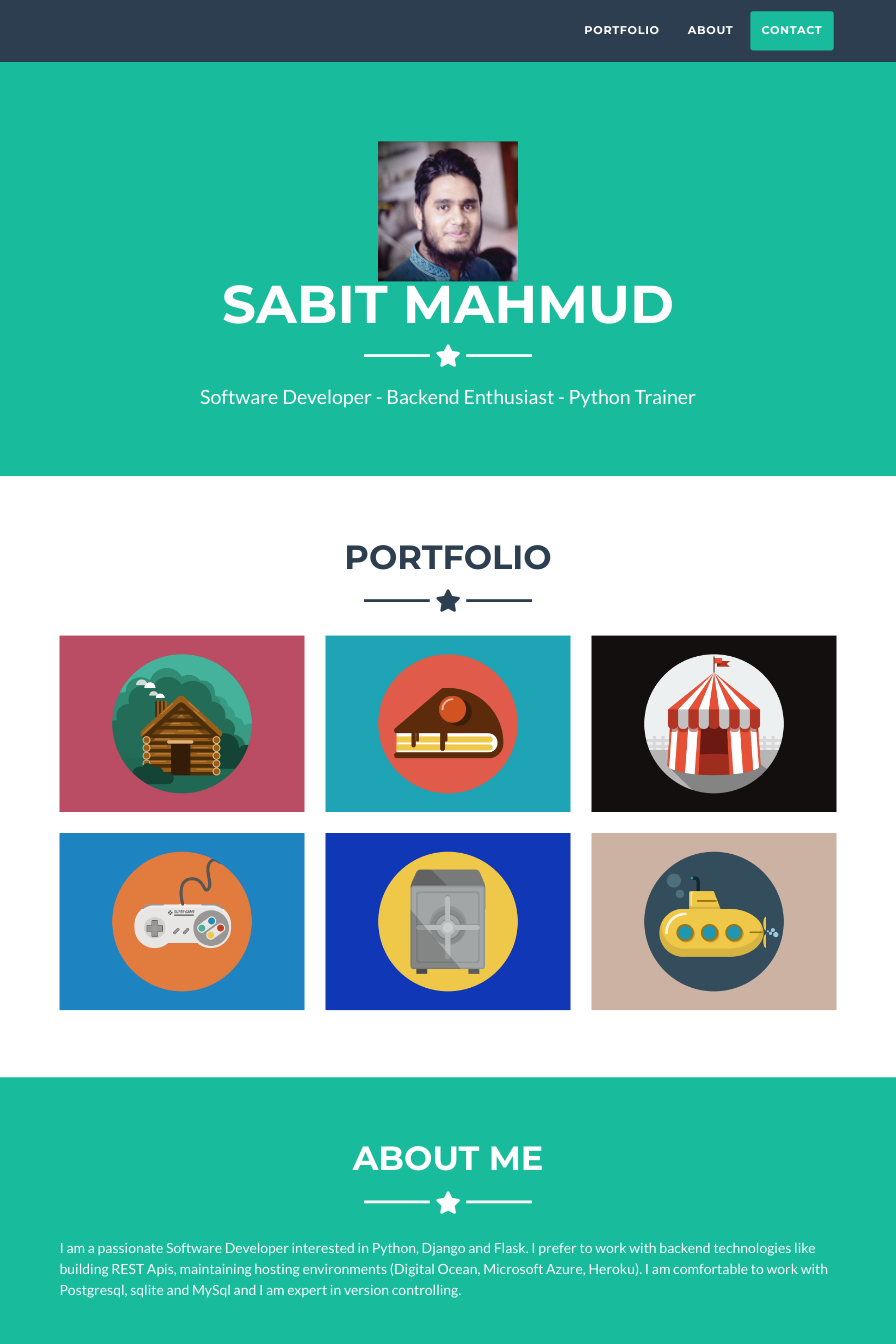
Repository: SabitDeepto/portfolio
Page: index.html
These files come from the project's save history. The page is drawn as it stood at one moment and after the next save; the edit follows.
The browser window is 1280 px wide. The pictures show the part of the page from y = 0 to 1920 px (the page is 3312 px tall), at 70% of full size.

Above is the page before, as saved 2019-04-04 23:48:36.

### index.html
<!DOCTYPE html>
<html lang="en">

<head>

  <meta charset="utf-8">
  <meta name="viewport" content="width=device-width, initial-scale=1, shrink-to-fit=no">
  <meta name="description" content="">
  <meta name="author" content="">

  <title>Sabit Mahmud</title>

  <!-- Bootstrap core CSS -->
  <link href="vendor/bootstrap/css/bootstrap.min.css" rel="stylesheet">

  <!-- Custom fonts for this template -->
  <link href="vendor/fontawesome-free/css/all.min.css" rel="stylesheet" type="text/css">
  <link href="https://fonts.googleapis.com/css?family=Montserrat:400,700" rel="stylesheet" type="text/css">
  <link href="https://fonts.googleapis.com/css?family=Lato:400,700,400italic,700italic" rel="stylesheet" type="text/css">

  <!-- Plugin CSS -->
  <link href="vendor/magnific-popup/magnific-popup.css" rel="stylesheet" type="text/css">

  <!-- Custom styles for this template -->
  <link href="css/freelancer.min.css" rel="stylesheet">

</head>

<body id="page-top">

  <!-- Navigation -->
  <nav class="navbar navbar-expand-lg bg-secondary fixed-top text-uppercase" id="mainNav">
    <div class="container">
      <!-- <a class="navbar-brand js-scroll-trigger" href="#page-top">Sabit Mahmud</a> -->
      <button class="navbar-toggler navbar-toggler-right text-uppercase bg-primary text-white rounded" type="button" data-toggle="collapse" data-target="#navbarResponsive" aria-controls="navbarResponsive" aria-expanded="false" aria-label="Toggle navigation">
        Menu
        <i class="fas fa-bars"></i>
      </button>
      <div class="collapse navbar-collapse" id="navbarResponsive">
        <ul class="navbar-nav ml-auto">
          <li class="nav-item mx-0 mx-lg-1">
            <a class="nav-link py-3 px-0 px-lg-3 rounded js-scroll-trigger" href="#portfolio">Portfolio</a>
          </li>
          <li class="nav-item mx-0 mx-lg-1">
            <a class="nav-link py-3 px-0 px-lg-3 rounded js-scroll-trigger" href="#about">About</a>
          </li>
          <li class="nav-item mx-0 mx-lg-1">
            <a class="nav-link py-3 px-0 px-lg-3 rounded js-scroll-trigger" href="#contact">Contact</a>
          </li>
        </ul>
      </div>
    </div>
  </nav>

  <!-- Header -->
  <header class="masthead bg-primary text-white text-center">
    <div class="container">
      <img  src="img/pro.JPG" height="200px" width="200px">
      <h1 class="text-uppercase mb-0">Sabit Mahmud</h1>
      <hr class="star-light">
      <h2 class="font-weight-light mb-0">Software Developer - Backend Enthusiast - Python Trainer</h2>
    </div>
  </header>

  <!-- Portfolio Grid Section -->
  <section class="portfolio" id="portfolio">
    <div class="container">
      <h2 class="text-center text-uppercase text-secondary mb-0">Portfolio</h2>
      <hr class="star-dark mb-5">
      <div class="row">
        <div class="col-md-6 col-lg-4">
          <a class="portfolio-item d-block mx-auto" href="#portfolio-modal-1">
            <div class="portfolio-item-caption d-flex position-absolute h-100 w-100">
              <div class="portfolio-item-caption-content my-auto w-100 text-center text-white">
                <i class="fas fa-search-plus fa-3x"></i>
              </div>
            </div>
            <img class="img-fluid" src="img/portfolio/cabin.png" alt="">
          </a>
        </div>
        <div class="col-md-6 col-lg-4">
          <a class="portfolio-item d-block mx-auto" href="#portfolio-modal-2">
            <div class="portfolio-item-caption d-flex position-absolute h-100 w-100">
              <div class="portfolio-item-caption-content my-auto w-100 text-center text-white">
                <i class="fas fa-search-plus fa-3x"></i>
              </div>
            </div>
            <img class="img-fluid" src="img/portfolio/cake.png" alt="">
          </a>
        </div>
        <div class="col-md-6 col-lg-4">
          <a class="portfolio-item d-block mx-auto" href="#portfolio-modal-3">
            <div class="portfolio-item-caption d-flex position-absolute h-100 w-100">
              <div class="portfolio-item-caption-content my-auto w-100 text-center text-white">
                <i class="fas fa-search-plus fa-3x"></i>
              </div>
            </div>
            <img class="img-fluid" src="img/portfolio/circus.png" alt="">
          </a>
        </div>
        <div class="col-md-6 col-lg-4">
          <a class="portfolio-item d-block mx-auto" href="#portfolio-modal-4">
            <div class="portfolio-item-caption d-flex position-absolute h-100 w-100">
              <div class="portfolio-item-caption-content my-auto w-100 text-center text-white">
                <i class="fas fa-search-plus fa-3x"></i>
              </div>
            </div>
            <img class="img-fluid" src="img/portfolio/game.png" alt="">
          </a>
        </div>
        <div class="col-md-6 col-lg-4">
          <a class="portfolio-item d-block mx-auto" href="#portfolio-modal-5">
            <div class="portfolio-item-caption d-flex position-absolute h-100 w-100">
              <div class="portfolio-item-caption-content my-auto w-100 text-center text-white">
                <i class="fas fa-search-plus fa-3x"></i>
              </div>
            </div>
            <img class="img-fluid" src="img/portfolio/safe.png" alt="">
          </a>
        </div>
        <div class="col-md-6 col-lg-4">
          <a class="portfolio-item d-block mx-auto" href="#portfolio-modal-6">
            <div class="portfolio-item-caption d-flex position-absolute h-100 w-100">
              <div class="portfolio-item-caption-content my-auto w-100 text-center text-white">
                <i class="fas fa-search-plus fa-3x"></i>
              </div>
            </div>
            <img class="img-fluid" src="img/portfolio/submarine.png" alt="">
          </a>
        </div>
      </div>
    </div>
  </section>

  <!-- About Section -->
  <section class="bg-primary text-white mb-0" id="about">
    <div class="container">
      <h2 class="text-center text-uppercase text-white">About Me</h2>
      <hr class="star-light mb-5">
      <div class="row">
        <div class="col-lg-12 ml-auto">
          <p class="lead">
            I am a passionate Software Developer interested in Python, Django and Flask.
             I prefer to work with backend technologies like building REST Apis, maintaining hosting
             environments (Digital Ocean, Microsoft Azure, Heroku).
              I am comfortable to work with Postgresql, sqlite and MySql and I am expert in version controlling.
          </p>
        </div>

      </div>
      <!-- <div class="text-center mt-4">
        <a class="btn btn-xl btn-outline-light" href="#">
          <i class="fas fa-download mr-2"></i>
          Download Now!
        </a>
      </div>
    </div> -->
  </section>

  <!-- Contact Section -->
  <section id="contact">
    <div class="container">
      <h2 class="text-center text-uppercase text-secondary mb-0">Contact Me</h2>
      <hr class="star-dark mb-5">
      <div class="row">
        <div class="col-lg-8 mx-auto">
          <!-- To configure the contact form email address, go to mail/contact_me.php and update the email address in the PHP file on line 19. -->
          <!-- The form should work on most web servers, but if the form is not working you may need to configure your web server differently. -->
          <form name="sentMessage" id="contactForm" novalidate="novalidate">
            <div class="control-group">
              <div class="form-group floating-label-form-group controls mb-0 pb-2">
                <label>Name</label>
                <input class="form-control" id="name" type="text" placeholder="Name" required="required" data-validation-required-message="Please enter your name.">
                <p class="help-block text-danger"></p>
              </div>
            </div>
            <div class="control-group">
              <div class="form-group floating-label-form-group controls mb-0 pb-2">
                <label>Email Address</label>
                <input class="form-control" id="email" type="email" placeholder="Email Address" required="required" data-validation-required-message="Please enter your email address.">
                <p class="help-block text-danger"></p>
              </div>
            </div>
            <div class="control-group">
              <div class="form-group floating-label-form-group controls mb-0 pb-2">
                <label>Phone Number</label>
                <input class="form-control" id="phone" type="tel" placeholder="Phone Number" required="required" data-validation-required-message="Please enter your phone number.">
                <p class="help-block text-danger"></p>
              </div>
            </div>
            <div class="control-group">
              <div class="form-group floating-label-form-group controls mb-0 pb-2">
                <label>Message</label>
                <textarea class="form-control" id="message" rows="5" placeholder="Message" required="required" data-validation-required-message="Please enter a message."></textarea>
                <p class="help-block text-danger"></p>
              </div>
            </div>
            <br>
            <div id="success"></div>
            <div class="form-group">
              <button type="submit" class="btn btn-primary btn-xl" id="sendMessageButton">Send</button>
            </div>
          </form>
        </div>
      </div>
    </div>
  </section>

  <!-- Footer -->
  <footer class="footer text-center">
    <div class="container">
      <div class="row">
        <div class="col-md-4 mb-5 mb-lg-0">
          <h4 class="text-uppercase mb-4">Location</h4>
          <p class="lead mb-0">2215 John Daniel Drive
            <br>Clark, MO 65243</p>
        </div>
        <div class="col-md-4 mb-5 mb-lg-0">
          <h4 class="text-uppercase mb-4">Around the Web</h4>
          <ul class="list-inline mb-0">
            <li class="list-inline-item">
              <a class="btn btn-outline-light btn-social text-center rounded-circle" href="#">
                <i class="fab fa-fw fa-facebook-f"></i>
              </a>
            </li>
            <li class="list-inline-item">
              <a class="btn btn-outline-light btn-social text-center rounded-circle" href="#">
                <i class="fab fa-fw fa-google-plus-g"></i>
              </a>
            </li>
            <li class="list-inline-item">
              <a class="btn btn-outline-light btn-social text-center rounded-circle" href="#">
                <i class="fab fa-fw fa-twitter"></i>
              </a>
            </li>
            <li class="list-inline-item">
              <a class="btn btn-outline-light btn-social text-center rounded-circle" href="#">
                <i class="fab fa-fw fa-linkedin-in"></i>
              </a>
            </li>
            <li class="list-inline-item">
              <a class="btn btn-outline-light btn-social text-center rounded-circle" href="#">
                <i class="fab fa-fw fa-dribbble"></i>
              </a>
            </li>
          </ul>
        </div>
        <div class="col-md-4">
          <h4 class="text-uppercase mb-4">About Freelancer</h4>
          <p class="lead mb-0">Freelance is a free to use, open source Bootstrap theme created by
            <a href="http://startbootstrap.com">Sabit Mahmud</a>.</p>
        </div>
      </div>
    </div>
  </footer>

  <div class="copyright py-4 text-center text-white">
    <div class="container">
      <small>Copyright &copy; Your Website 2019</small>
    </div>
  </div>

  <!-- Scroll to Top Button (Only visible on small and extra-small screen sizes) -->
  <div class="scroll-to-top d-lg-none position-fixed ">
    <a class="js-scroll-trigger d-block text-center text-white rounded" href="#page-top">
      <i class="fa fa-chevron-up"></i>
    </a>
  </div>

  <!-- Portfolio Modals -->

  <!-- Portfolio Modal 1 -->
  <div class="portfolio-modal mfp-hide" id="portfolio-modal-1">
    <div class="portfolio-modal-dialog bg-white">
      <a class="close-button d-none d-md-block portfolio-modal-dismiss" href="#">
        <i class="fa fa-3x fa-times"></i>
      </a>
      <div class="container text-center">
        <div class="row">
          <div class="col-lg-8 mx-auto">
            <h2 class="text-secondary text-uppercase mb-0">Project Name</h2>
            <hr class="star-dark mb-5">
            <img class="img-fluid mb-5" src="img/portfolio/cabin.png" alt="">
            <p class="mb-5">Lorem ipsum dolor sit amet, consectetur adipisicing elit. Mollitia neque assumenda ipsam nihil, molestias magnam, recusandae quos quis inventore quisquam velit asperiores, vitae? Reprehenderit soluta, eos quod consequuntur itaque. Nam.</p>
            <a class="btn btn-primary btn-lg rounded-pill portfolio-modal-dismiss" href="#">
              <i class="fa fa-close"></i>
              Close Project</a>
          </div>
        </div>
      </div>
    </div>
  </div>

  <!-- Portfolio Modal 2 -->
  <div class="portfolio-modal mfp-hide" id="portfolio-modal-2">
    <div class="portfolio-modal-dialog bg-white">
      <a class="close-button d-none d-md-block portfolio-modal-dismiss" href="#">
        <i class="fa fa-3x fa-times"></i>
      </a>
      <div class="container text-center">
        <div class="row">
          <div class="col-lg-8 mx-auto">
            <h2 class="text-secondary text-uppercase mb-0">Project Name</h2>
            <hr class="star-dark mb-5">
            <img class="img-fluid mb-5" src="img/portfolio/cake.png" alt="">
            <p class="mb-5">Lorem ipsum dolor sit amet, consectetur adipisicing elit. Mollitia neque assumenda ipsam nihil, molestias magnam, recusandae quos quis inventore quisquam velit asperiores, vitae? Reprehenderit soluta, eos quod consequuntur itaque. Nam.</p>
            <a class="btn btn-primary btn-lg rounded-pill portfolio-modal-dismiss" href="#">
              <i class="fa fa-close"></i>
              Close Project</a>
          </div>
        </div>
      </div>
    </div>
  </div>

  <!-- Portfolio Modal 3 -->
  <div class="portfolio-modal mfp-hide" id="portfolio-modal-3">
    <div class="portfolio-modal-dialog bg-white">
      <a class="close-button d-none d-md-block portfolio-modal-dismiss" href="#">
        <i class="fa fa-3x fa-times"></i>
      </a>
      <div class="container text-center">
        <div class="row">
          <div class="col-lg-8 mx-auto">
            <h2 class="text-secondary text-uppercase mb-0">Project Name</h2>
            <hr class="star-dark mb-5">
            <img class="img-fluid mb-5" src="img/portfolio/circus.png" alt="">
            <p class="mb-5">Lorem ipsum dolor sit amet, consectetur adipisicing elit. Mollitia neque assumenda ipsam nihil, molestias magnam, recusandae quos quis inventore quisquam velit asperiores, vitae? Reprehenderit soluta, eos quod consequuntur itaque. Nam.</p>
            <a class="btn btn-primary btn-lg rounded-pill portfolio-modal-dismiss" href="#">
              <i class="fa fa-close"></i>
              Close Project</a>
          </div>
        </div>
      </div>
    </div>
  </div>

  <!-- Portfolio Modal 4 -->
  <div class="portfolio-modal mfp-hide" id="portfolio-modal-4">
    <div class="portfolio-modal-dialog bg-white">
      <a class="close-button d-none d-md-block portfolio-modal-dismiss" href="#">
        <i class="fa fa-3x fa-times"></i>
      </a>
      <div class="container text-center">
        <div class="row">
          <div class="col-lg-8 mx-auto">
            <h2 class="text-secondary text-uppercase mb-0">Project Name</h2>
            <hr class="star-dark mb-5">
            <img class="img-fluid mb-5" src="img/portfolio/game.png" alt="">
            <p class="mb-5">Lorem ipsum dolor sit amet, consectetur adipisicing elit. Mollitia neque assumenda ipsam nihil, molestias magnam, recusandae quos quis inventore quisquam velit asperiores, vitae? Reprehenderit soluta, eos quod consequuntur itaque. Nam.</p>
            <a class="btn btn-primary btn-lg rounded-pill portfolio-modal-dismiss" href="#">
              <i class="fa fa-close"></i>
              Close Project</a>
          </div>
        </div>
      </div>
    </div>
  </div>

  <!-- Portfolio Modal 5 -->
  <div class="portfolio-modal mfp-hide" id="portfolio-modal-5">
    <div class="portfolio-modal-dialog bg-white">
      <a class="close-button d-none d-md-block portfolio-modal-dismiss" href="#">
        <i class="fa fa-3x fa-times"></i>
      </a>
      <div class="container text-center">
        <div class="row">
          <div class="col-lg-8 mx-auto">
            <h2 class="text-secondary text-uppercase mb-0">Project Name</h2>
            <hr class="star-dark mb-5">
            <img class="img-fluid mb-5" src="img/portfolio/safe.png" alt="">
            <p class="mb-5">Lorem ipsum dolor sit amet, consectetur adipisicing elit. Mollitia neque assumenda ipsam nihil, molestias magnam, recusandae quos quis inventore quisquam velit asperiores, vitae? Reprehenderit soluta, eos quod consequuntur itaque. Nam.</p>
            <a class="btn btn-primary btn-lg rounded-pill portfolio-modal-dismiss" href="#">
              <i class="fa fa-close"></i>
              Close Project</a>
          </div>
        </div>
      </div>
    </div>
  </div>

  <!-- Portfolio Modal 6 -->
  <div class="portfolio-modal mfp-hide" id="portfolio-modal-6">
    <div class="portfolio-modal-dialog bg-white">
      <a class="close-button d-none d-md-block portfolio-modal-dismiss" href="#">
        <i class="fa fa-3x fa-times"></i>
      </a>
      <div class="container text-center">
        <div class="row">
          <div class="col-lg-8 mx-auto">
            <h2 class="text-secondary text-uppercase mb-0">Project Name</h2>
            <hr class="star-dark mb-5">
            <img class="img-fluid mb-5" src="img/portfolio/submarine.png" alt="">
            <p class="mb-5">Lorem ipsum dolor sit amet, consectetur adipisicing elit. Mollitia neque assumenda ipsam nihil, molestias magnam, recusandae quos quis inventore quisquam velit asperiores, vitae? Reprehenderit soluta, eos quod consequuntur itaque. Nam.</p>
            <a class="btn btn-primary btn-lg rounded-pill portfolio-modal-dismiss" href="#">
              <i class="fa fa-close"></i>
              Close Project</a>
          </div>
        </div>
      </div>
    </div>
  </div>

  <!-- Bootstrap core JavaScript -->
  <script src="vendor/jquery/jquery.min.js"></script>
  <script src="vendor/bootstrap/js/bootstrap.bundle.min.js"></script>

  <!-- Plugin JavaScript -->
  <script src="vendor/jquery-easing/jquery.easing.min.js"></script>
  <script src="vendor/magnific-popup/jquery.magnific-popup.min.js"></script>

  <!-- Contact Form JavaScript -->
  <script src="js/jqBootstrapValidation.js"></script>
  <script src="js/contact_me.js"></script>

  <!-- Custom scripts for this template -->
  <script src="js/freelancer.min.js"></script>

</body>

</html>

### js/contact_me.js
$(function() {

  $("#contactForm input,#contactForm textarea").jqBootstrapValidation({
    preventSubmit: true,
    submitError: function($form, event, errors) {
      // additional error messages or events
    },
    submitSuccess: function($form, event) {
      event.preventDefault(); // prevent default submit behaviour
      // get values from FORM
      var name = $("input#name").val();
      var email = $("input#email").val();
      var phone = $("input#phone").val();
      var message = $("textarea#message").val();
      var firstName = name; // For Success/Failure Message
      // Check for white space in name for Success/Fail message
      if (firstName.indexOf(' ') >= 0) {
        firstName = name.split(' ').slice(0, -1).join(' ');
      }
      $this = $("#sendMessageButton");
      $this.prop("disabled", true); // Disable submit button until AJAX call is complete to prevent duplicate messages
      $.ajax({
        url: "././mail/contact_me.php",
        type: "POST",
        data: {
          name: name,
          phone: phone,
          email: email,
          message: message
        },
        cache: false,
        success: function() {
          // Success message
          $('#success').html("<div class='alert alert-success'>");
          $('#success > .alert-success').html("<button type='button' class='close' data-dismiss='alert' aria-hidden='true'>&times;")
            .append("</button>");
          $('#success > .alert-success')
            .append("<strong>Your message has been sent. </strong>");
          $('#success > .alert-success')
            .append('</div>');
          //clear all fields
          $('#contactForm').trigger("reset");
        },
        error: function() {
          // Fail message
          $('#success').html("<div class='alert alert-danger'>");
          $('#success > .alert-danger').html("<button type='button' class='close' data-dismiss='alert' aria-hidden='true'>&times;")
            .append("</button>");
          $('#success > .alert-danger').append($("<strong>").text("Sorry " + firstName + ", it seems that my mail server is not responding. Please try again later!"));
          $('#success > .alert-danger').append('</div>');
          //clear all fields
          $('#contactForm').trigger("reset");
        },
        complete: function() {
          setTimeout(function() {
            $this.prop("disabled", false); // Re-enable submit button when AJAX call is complete
          }, 1000);
        }
      });
    },
    filter: function() {
      return $(this).is(":visible");
    },
  });

  $("a[data-toggle=\"tab\"]").click(function(e) {
    e.preventDefault();
    $(this).tab("show");
  });
});

/*When clicking on Full hide fail/success boxes */
$('#name').focus(function() {
  $('#success').html('');
});

Loaded but not shown: vendor/bootstrap/css/bootstrap.min.css (library); vendor/fontawesome-free/css/all.min.css (library); vendor/magnific-popup/magnific-popup.css (library); css/freelancer.min.css (library); vendor/jquery/jquery.min.js (library); vendor/bootstrap/js/bootstrap.bundle.min.js (library); vendor/jquery-easing/jquery.easing.min.js (common file); vendor/magnific-popup/jquery.magnific-popup.min.js (library); js/freelancer.min.js (common file); js/jqBootstrapValidation.js (912 lines, source omitted)

After the next save:
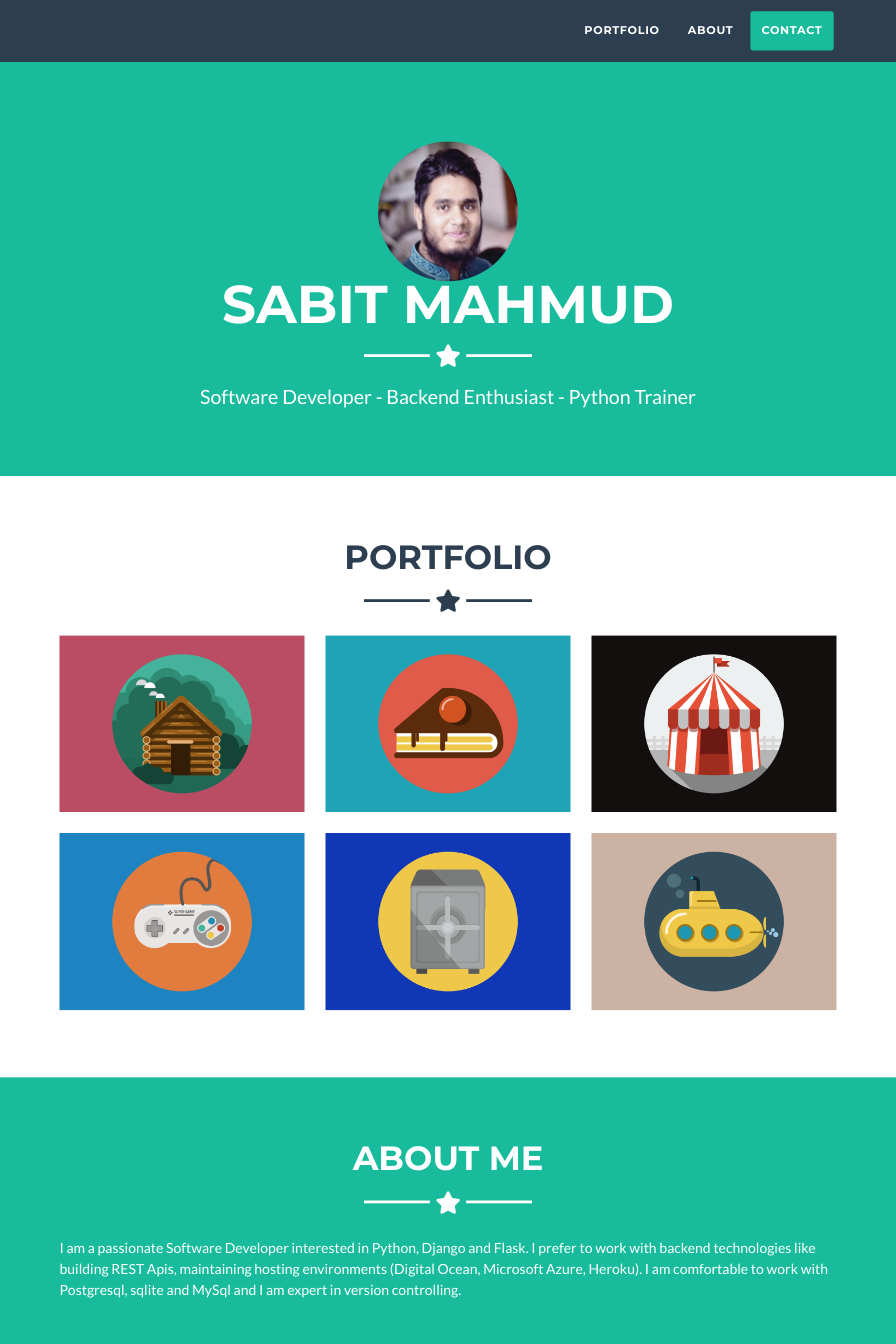
Saved 19 s later.
--- a/index.html
+++ b/index.html
@@ -55,7 +55,7 @@
   <!-- Header -->
   <header class="masthead bg-primary text-white text-center">
     <div class="container">
-      <img  src="img/pro.JPG" height="200px" width="200px">
+      <img  src="img/pro.JPG" height="200px" width="200px" class="rounded-circle" alt="Cinque Terre">
       <h1 class="text-uppercase mb-0">Sabit Mahmud</h1>
       <hr class="star-light">
       <h2 class="font-weight-light mb-0">Software Developer - Backend Enthusiast - Python Trainer</h2>
